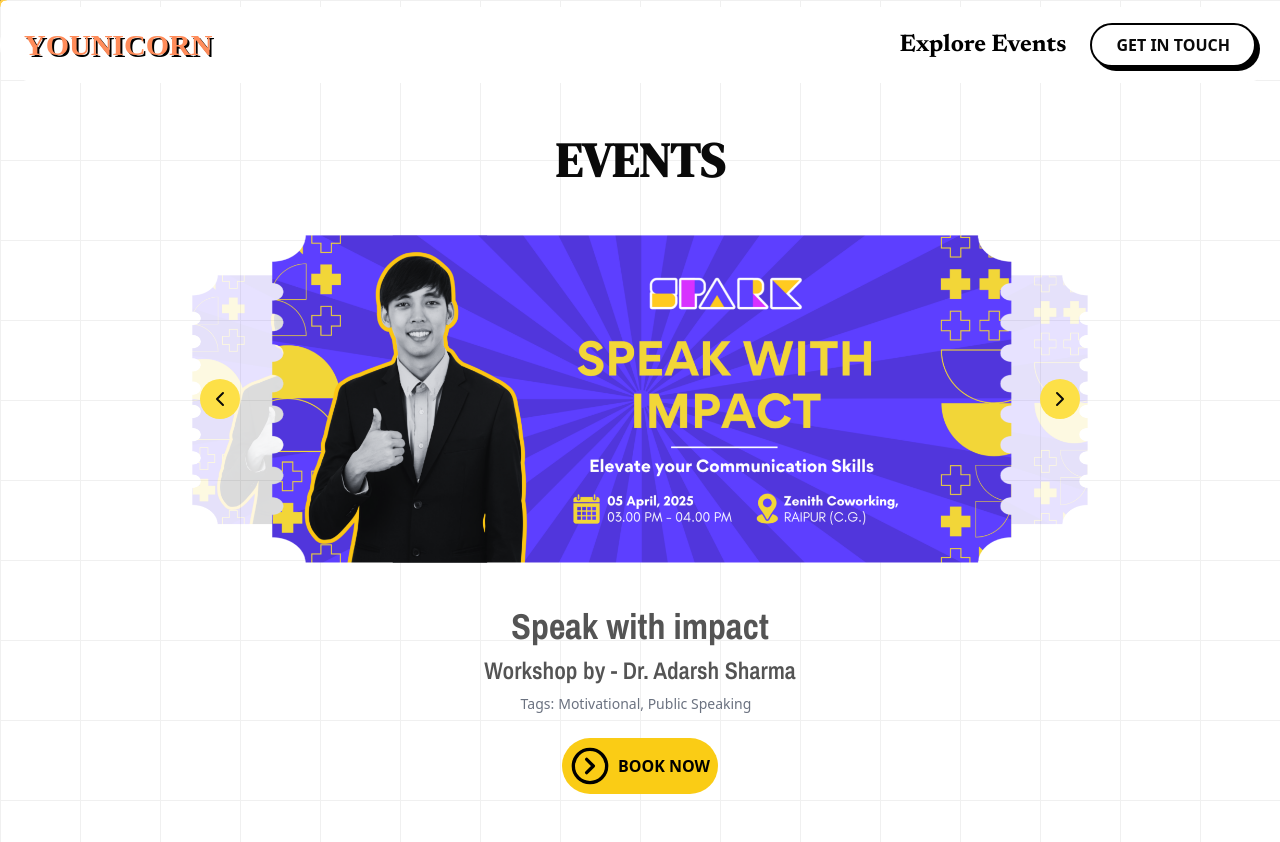
Repository: as-avni/dreamersite
Page: /events
An editor plug-in stored every save of this project. The page is shown before and after the next save, followed by the edit.
The browser window is 1280 px wide. The pictures show the whole page.
Some web fonts or font styles are not loaded; a fallback is used. The project was rebuilt for these pictures with package versions that can differ from the ones it lists, and the page was loaded fresh each time. The framework's server and built-in components were replaced by stand-ins that run in the browser. Also part of the build but not shown: next.config.ts.

Above is the page before, as saved 2025-03-27 17:54:42.

### src/app/layout.tsx

import type { Metadata } from "next";
import { Geist, Geist_Mono } from "next/font/google";
import "./globals.css";
import Header from "@/components/navbar";

const geistSans = Geist({
  variable: "--font-geist-sans",
  subsets: ["latin"],
});

const geistMono = Geist_Mono({
  variable: "--font-geist-mono",
  subsets: ["latin"],
});

export const metadata: Metadata = {
  title: "Younicorn",
  description: "A community of entrepreneurs, aspiring entrepreneurs, leaders and professionals from any industry who come together to gain and give massive exposure to the leaders of tomorrow.",
};

export default function RootLayout({
  children,
}: Readonly<{
  children: React.ReactNode;
}>) {
  return (
    <html lang="en">
      <body className={`${geistSans.variable} ${geistMono.variable}`}>
        <Header />
        {children}
      </body>
    </html>
  );
}

### src/app/events/page.tsx
import CustomCursor from "@/hooks/CustomCursor"
import EventsPage from "./events-page"

export default function Home() {
    return (
        <main className="min-h-screen bg-white font-sans antialiased">
        <CustomCursor />
        <EventsPage />
        </main>
    )
}

### src/app/globals.css
@import url('https://fonts.googleapis.com/css2?family=Anek+Devanagari:wght@100..800&family=Khand:wght@300;400;500;600;700&family=Newsreader:ital,opsz,wght@0,6..72,200..800;1,6..72,200..800&family=Noto+Sans:ital,wght@0,100..900;1,100..900&family=Poppins:ital,wght@0,100;0,200;0,300;0,400;0,500;0,600;0,700;0,800;0,900;1,100;1,200;1,300;1,400;1,500;1,600;1,700;1,800;1,900&family=Rampart+One&display=swap');
@import url('https://fonts.googleapis.com/css2?family=Anek+Devanagari:wght@100..800&family=Archivo+Narrow:ital,wght@0,400..700;1,400..700&family=Khand:wght@300;400;500;600;700&family=Newsreader:ital,opsz,wght@0,6..72,200..800;1,6..72,200..800&family=Noto+Sans:ital,wght@0,100..900;1,100..900&family=Poppins:ital,wght@0,100;0,200;0,300;0,400;0,500;0,600;0,700;0,800;0,900;1,100;1,200;1,300;1,400;1,500;1,600;1,700;1,800;1,900&family=Rampart+One&display=swap');
@import url('https://fonts.googleapis.com/css2?family=Archivo+Narrow:ital,wght@0,400..700;1,400..700&display=swap');

@import url('https://fonts.googleapis.com/css2?family=DM+Serif+Display:ital@0;1&display=swap');


@tailwind base;
@tailwind components;
@tailwind utilities;

html,
body {
  max-width: 100vw;
  overflow-x: hidden;
}

* {
  cursor: none;
}
input, textarea, button, select, a {
  cursor: auto;
}

.blinking-cursor {
  display: inline-block;
  width: 10px;
  height: 5rem; /* Adjust height to match text size */
  vertical-align: middle; /* Align with text */
  animation: blink 0.8s steps(2, start) infinite;
  font-family: 'Courier New', monospace;
}

@keyframes blink {
  50% {
    opacity: 0;
  }
}

body {
  -webkit-font-smoothing: antialiased;
  -moz-osx-font-smoothing: grayscale;

}



* {
  box-sizing: border-box;
  padding: 0;
  margin: 0;
}

a {
  color: inherit;
  text-decoration: none;
}

@media (prefers-color-scheme: dark) {
  html {
    color-scheme: dark;
  }
}

@layer base {
  :root {
    --background: 0 0% 100%;
    --foreground: 0 0% 3.9%;
    --card: 0 0% 100%;
    --card-foreground: 0 0% 3.9%;
    --popover: 0 0% 100%;
    --popover-foreground: 0 0% 3.9%;
    --primary: 0 0% 9%;
    --primary-foreground: 0 0% 98%;
    --secondary: 0 0% 96.1%;
    --secondary-foreground: 0 0% 9%;
    --muted: 0 0% 96.1%;
    --muted-foreground: 0 0% 45.1%;
    --accent: 0 0% 96.1%;
    --accent-foreground: 0 0% 9%;
    --destructive: 0 84.2% 60.2%;
    --destructive-foreground: 0 0% 98%;
    --border: 0 0% 89.8%;
    --input: 0 0% 89.8%;
    --ring: 0 0% 3.9%;
    --chart-1: 12 76% 61%;
    --chart-2: 173 58% 39%;
    --chart-3: 197 37% 24%;
    --chart-4: 43 74% 66%;
    --chart-5: 27 87% 67%;
    --radius: 0.5rem;
  }
  .dark {
    --background: 0 0% 3.9%;
    --foreground: 0 0% 98%;
    --card: 0 0% 3.9%;
    --card-foreground: 0 0% 98%;
    --popover: 0 0% 3.9%;
    --popover-foreground: 0 0% 98%;
    --primary: 0 0% 98%;
    --primary-foreground: 0 0% 9%;
    --secondary: 0 0% 14.9%;
    --secondary-foreground: 0 0% 98%;
    --muted: 0 0% 14.9%;
    --muted-foreground: 0 0% 63.9%;
    --accent: 0 0% 14.9%;
    --accent-foreground: 0 0% 98%;
    --destructive: 0 62.8% 30.6%;
    --destructive-foreground: 0 0% 98%;
    --border: 0 0% 14.9%;
    --input: 0 0% 14.9%;
    --ring: 0 0% 83.1%;
    --chart-1: 220 70% 50%;
    --chart-2: 160 60% 45%;
    --chart-3: 30 80% 55%;
    --chart-4: 280 65% 60%;
    --chart-5: 340 75% 55%;
  }
}

@layer base {
  * {
    @apply border-border;
  }
  body {
    @apply bg-background text-foreground;
  }
}

### src/components/navbar.tsx
"use client";

import { useState } from "react";
import Link from "next/link";

export default function Header() {
  const [isOpen, setIsOpen] = useState(false);

  return (
    <header className="w-full py-4 px-6 flex items-center fixed justify-between top-[1%] z-50 bg-white bg-opacity-100 backdrop-blur-md rounded-full">
      {/* Logo */}
      <div className="flex-shrink-0">
        <Link href="/">
          <span
            className="text-3xl font-extrabold tracking-normal"
            style={{
              color: "#FF8C5A",
              textShadow: "2px 2px 0 #000",
              fontFamily: "Rampart One, cursive",
            }}
          >
            YOUNICORN
          </span>
        </Link>
      </div>

      {/* Mobile Menu Toggle */}
      <button
        className="md:hidden text-3xl"
        onClick={() => setIsOpen(!isOpen)}
      >
        ☰
      </button>

      {/* Navigation Links */}
      <div
        className={`flex flex-col md:flex-row items-center gap-6 ${
          isOpen ? "block" : "hidden md:flex"
        } absolute md:static top-16 left-0 w-full md:w-auto bg-white md:bg-transparent shadow-md md:shadow-none rounded-lg md:rounded-none p-4 md:p-0`}
      >
        <div className="flex flex-col md:flex-row items-center gap-4 md:gap-6 w-full md:w-auto space-y-4 md:space-y-0">
          <Link
            href="/events"
            className="font-bold text-2xl/7 text-black font-newsreader"
          >
            Explore Events
          </Link>

          <Link href="/contact">
            <div className="relative group">
              <div className="absolute inset-0 bg-black rounded-full translate-x-1 translate-y-1"></div>
              <button className="relative bg-white border-2 border-black rounded-full px-6 py-2 font-bold transition-transform group-hover:-translate-x-0.5 group-hover:-translate-y-0.5">
                GET IN TOUCH
              </button>
            </div>
          </Link>
        </div>
      </div>
    </header>
  );
}

### src/hooks/CustomCursor.tsx
"use client";

import { useEffect, useState } from "react";
import Image from "next/image";

export default function CustomCursor() {
  const [position, setPosition] = useState<{ x: number; y: number }>({ x: 0, y: 0 });

  useEffect(() => {
    const moveCursor = (e: MouseEvent) => {
      setPosition({ x: e.clientX, y: e.clientY });
    };

    window.addEventListener("mousemove", moveCursor);
    return () => window.removeEventListener("mousemove", moveCursor);
  }, []);

  return (
    <div
      style={{
        position: "fixed",  // Changed from "absolute" to "fixed"
        top: `${position.y}px`,
        left: `${position.x}px`,
        transform: "translate(-50%, -50%)",
        pointerEvents: "none",
        zIndex: 9999,  // Ensures it's above all elements
      }}
    >
      <Image src="/cursor.png" alt="Custom Cursor" width={40} height={40} />
    </div>
  );
}

### src/app/events/events-page.tsx
"use client"

import { useState } from "react"
import { ArrowRight, ChevronLeft, ChevronRight, ChevronRightCircle } from "lucide-react"
import Image from "next/image"
// import Link from "next/link"

// Event data
const events = [
{
    id: 1,
    image: "/images/event-ticket.png",
    title: "Speak with impact",
    presenter: "Dr. Adarsh Sharma",
    tags: ["Motivational", "Public Speaking"],
},
{
    id: 2,
    image: "/images/event-ticket.png",
    title: "Design Thinking Workshop",
    presenter: "Sarah Johnson",
    tags: ["Design", "Innovation"],
},
{
    id: 3,
    image: "/images/event-ticket.png",
    title: "Startup Funding Masterclass",
    presenter: "Michael Chen",
    tags: ["Business", "Finance"],
},
]

export default function EventsPage() {
const [currentIndex, setCurrentIndex] = useState(0)
const currentEvent = events[currentIndex]

const goToPrevious = () => {
    const isFirstSlide = currentIndex === 0
    const newIndex = isFirstSlide ? events.length - 1 : currentIndex - 1
    setCurrentIndex(newIndex)
}

const goToNext = () => {
    const isLastSlide = currentIndex === events.length - 1
    const newIndex = isLastSlide ? 0 : currentIndex + 1
    setCurrentIndex(newIndex)
}

return (
    <div className="min-h-screen bg-white bg-[linear-gradient(#f0f0f0_1px,transparent_1px),linear-gradient(90deg,#f0f0f0_1px,transparent_1px)] bg-[size:80px_80px] flex flex-col items-center px-4 py-8">


    {/* Events Heading */}8
    <h1 className="text-5xl font-bold mt-20 font-dmSerif">EVENTS</h1>

    {/* Event Carousel */}
    <div className="w-full max-w-4xl relative mb-8 my-10">
        {/* Navigation Arrows */}
        <button
        onClick={goToPrevious}
        className="absolute left-2 top-1/2 -translate-y-1/2 bg-yellow-300 rounded-full p-2 z-10 hover:bg-yellow-400 transition-colors"
        >
        <ChevronLeft className="h-6 w-6" />
        </button>
        <button
        onClick={goToNext}
        className="absolute right-2 top-1/2 -translate-y-1/2 bg-yellow-300 rounded-full p-2 z-10 hover:bg-yellow-400 transition-colors"
        >
        <ChevronRight className="h-6 w-6" />
        </button>

        {/* Event Ticket/Banner Image */}
        <div className="w-full h-[350px] rounded-2xl overflow-hidden">
            <Image
                src={currentEvent.image || "/placeholder.svg"}
                alt={currentEvent.title}
                width={800}
                height={220}
                className="w-full h-full object-contain"
            />
        </div>
    </div>

    {/* Event Details - Changes based on current carousel item */}
    <div className="text-center mb-4">
        <h2 className="text-4xl font-bold font-archivenarrow text-[#545454] tracking-normal mb-2">{currentEvent.title}</h2>
        <p className="text-2xl font-archivenarrow text-[#545454] font-semibold mb-2">Workshop by - {currentEvent.presenter}</p>

        <div className="flex justify-center items-center mb-6">
        <div className="inline-flex items-center">
            <span className="text-sm text-gray-500">Tags: </span>
            <span className="text-sm text-gray-500 ml-1">{currentEvent.tags.join(", ")}</span>
        </div>
        <div className="ml-2 text-yellow-500">
            {/* <svg width="16" height="16" viewBox="0 0 24 24" fill="none" xmlns="http://www.w3.org/2000/svg"> */}
            {/* <path d="M12 3L20 10L12 17L4 10L12 3Z" fill="currentColor" /> */}
            {/* </svg> */}
        </div>
        </div>

        <button className="bg-yellow-400 text-black px-2 py-2 rounded-full font-bold flex items-center mx-auto hover:bg-yellow-500 transition-colors">
        <div className=" mr-2 rounded-full">
            <ChevronRightCircle className="h-10 w-10" />
        </div>
        <span>BOOK NOW</span>
        </button>
    </div>
    </div>
)
}

### tailwind.config.js
/** @type {import('tailwindcss').Config} */
module.exports = {
    darkMode: ["class"],
    content: [
    "./app/**/*.{js,ts,jsx,tsx,mdx}",
    "./pages/**/*.{js,ts,jsx,tsx,mdx}",
    "./components/**/*.{js,ts,jsx,tsx,mdx}",
    "./src/**/*.{js,ts,jsx,tsx,mdx}",
],
	theme: {
		extend: {
			fontFamily: {
				poppins: [
					'Poppins',
					'sans-serif'
				],
				notosans: [
					'Noto Sans',
					'sans-serif'
				],
				rampartone: [
					'Rampart One',
					'cursive'
				],
				newsreader: [
					'Newsreader',
					'serif'
				],
				pacifico: [
					'Pacifico',
					'cursive'
				],
				dmSerif: [
					'DM Serif Display',
					"serif"
				],
				archivenarrow: [
					'Archivo Narrow',
					'sans-serif'
				]
			},
			borderRadius: {
				lg: 'var(--radius)',
				md: 'calc(var(--radius) - 2px)',
				sm: 'calc(var(--radius) - 4px)'
			},
			colors: {
				background: 'hsl(var(--background))',
				foreground: 'hsl(var(--foreground))',
				card: {
					DEFAULT: 'hsl(var(--card))',
					foreground: 'hsl(var(--card-foreground))'
				},
				popover: {
					DEFAULT: 'hsl(var(--popover))',
					foreground: 'hsl(var(--popover-foreground))'
				},
				primary: {
					DEFAULT: 'hsl(var(--primary))',
					foreground: 'hsl(var(--primary-foreground))'
				},
				secondary: {
					DEFAULT: 'hsl(var(--secondary))',
					foreground: 'hsl(var(--secondary-foreground))'
				},
				muted: {
					DEFAULT: 'hsl(var(--muted))',
					foreground: 'hsl(var(--muted-foreground))'
				},
				accent: {
					DEFAULT: 'hsl(var(--accent))',
					foreground: 'hsl(var(--accent-foreground))'
				},
				destructive: {
					DEFAULT: 'hsl(var(--destructive))',
					foreground: 'hsl(var(--destructive-foreground))'
				},
				border: 'hsl(var(--border))',
				input: 'hsl(var(--input))',
				ring: 'hsl(var(--ring))',
				chart: {
					'1': 'hsl(var(--chart-1))',
					'2': 'hsl(var(--chart-2))',
					'3': 'hsl(var(--chart-3))',
					'4': 'hsl(var(--chart-4))',
					'5': 'hsl(var(--chart-5))'
				}
			}
		}
	},
	plugins: [import("tailwindcss-animate")],
	}

After the next save:
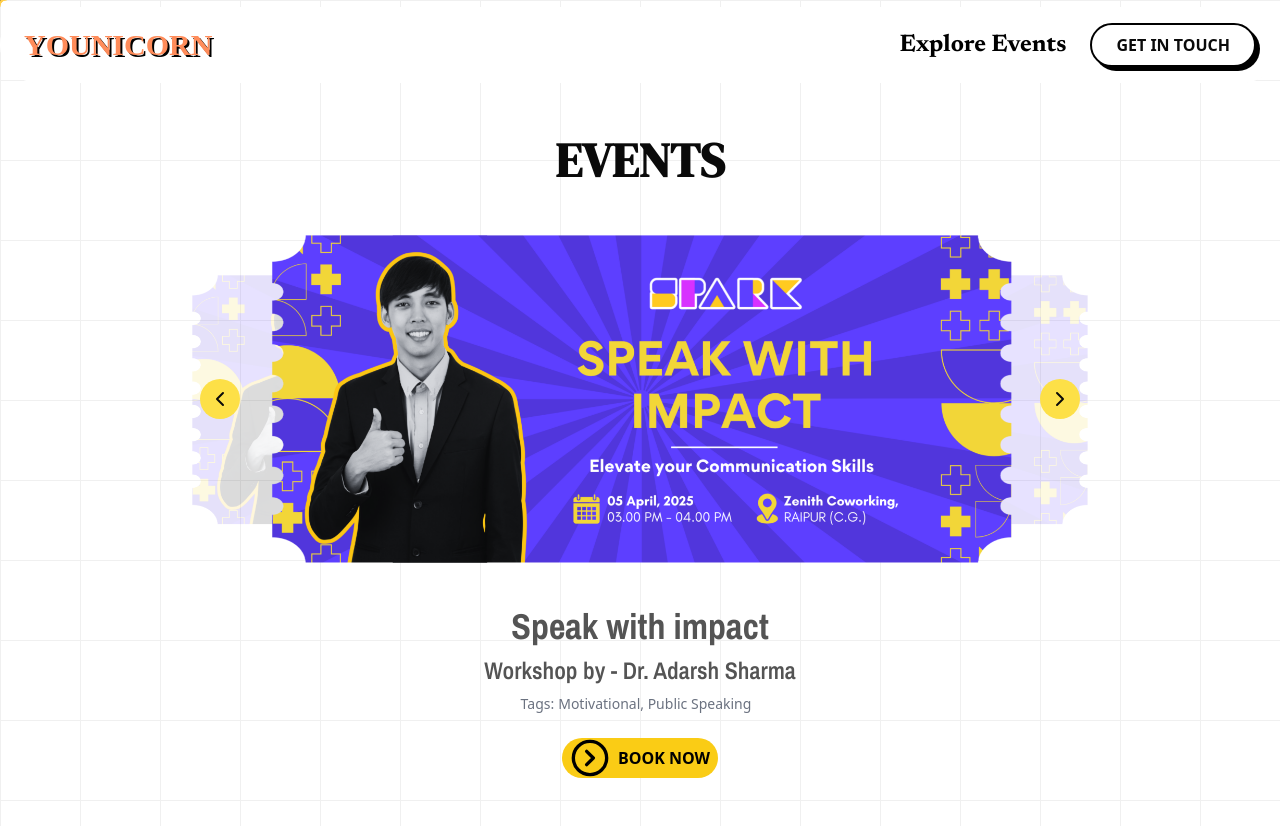
Saved 5 s later.
--- a/src/app/events/events-page.tsx
+++ b/src/app/events/events-page.tsx
@@ -98,7 +98,7 @@ return (
         </div>
         </div>
 
-        <button className="bg-yellow-400 text-black px-2 py-2 rounded-full font-bold flex items-center mx-auto hover:bg-yellow-500 transition-colors">
+        <button className="bg-yellow-400 text-black px-2 p2 rounded-full font-bold flex items-center mx-auto hover:bg-yellow-500 transition-colors">
         <div className=" mr-2 rounded-full">
             <ChevronRightCircle className="h-10 w-10" />
         </div>
